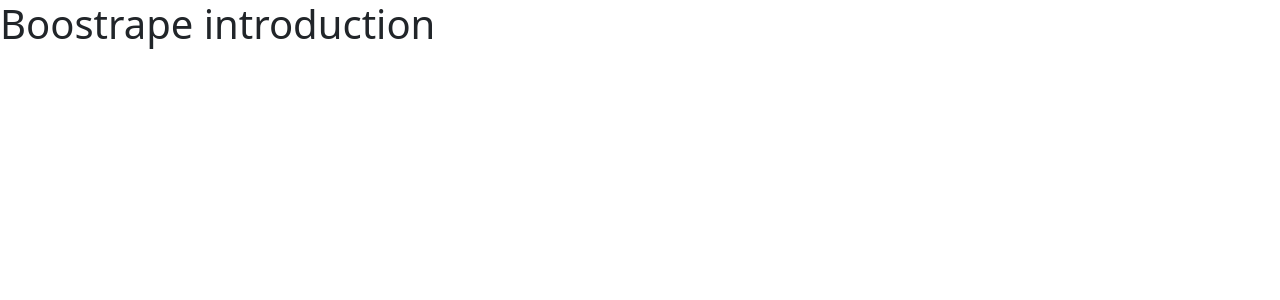
Repository: feyroozecode/meta_backed_dev_coursera
Page: intro-boostrape/index.html
These files come from the project's save history. The page is drawn as it stood at one moment and after the next save; the edit follows.
The browser window is 1280 px wide. The pictures show the whole page.

Above is the page before, as saved 2023-07-06 15:17:33.

After the next save:
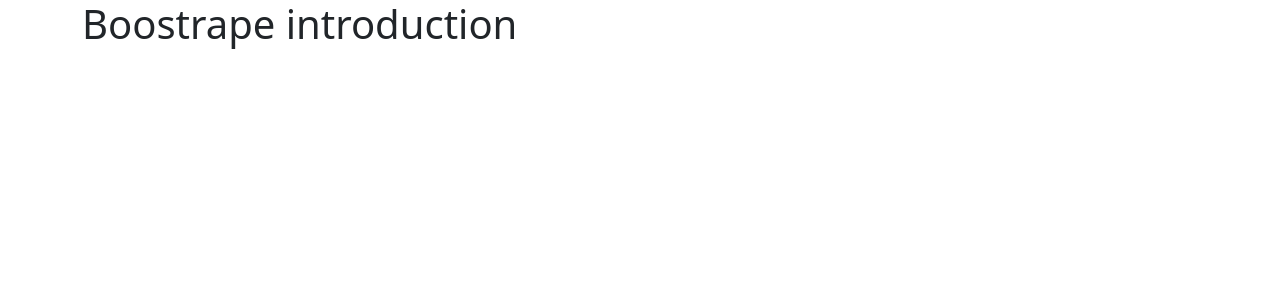
Saved 5 s later.
--- a/intro-boostrape/index.html
+++ b/intro-boostrape/index.html
@@ -9,7 +9,7 @@
 <body>
 
     <div>
-        <h1 class="bg-center">Boostrape introduction </h1>
+        <h1 class=" container bg-center">Boostrape introduction </h1>
 
     <div  class="container bg-center">
 
